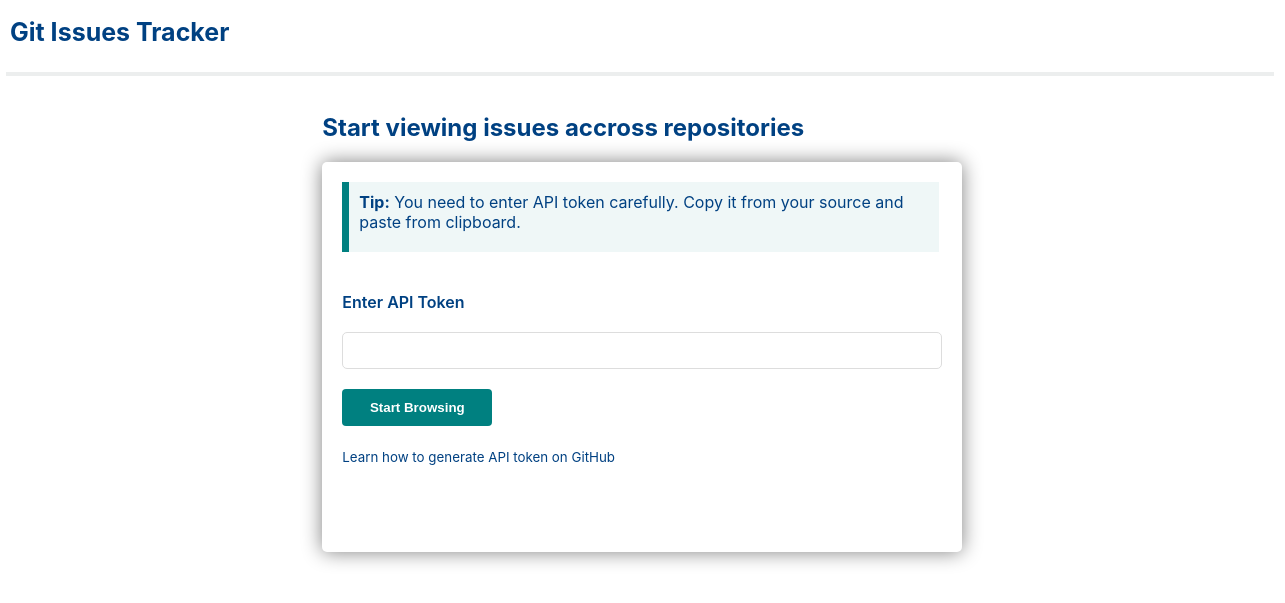
Repository: duzzisantos/github-repos-react-graphql
Page: /
These files come from the project's save history. The page is drawn as it stood at one moment and after the next save; the edit follows.
The browser window is 1280 px wide. The page is 1285 px wide, so the pictures cover 1285 px, including what lies to the right of the window. The pictures show the whole page.
The project was rebuilt for these pictures with package versions that can differ from the ones it lists, and the page was loaded fresh each time. Also part of the build but not shown: src/App.css, src/components/table/Filters.tsx, src/components/table/Pagination.tsx, src/components/table/TableComponent.tsx, src/components/table/columnHelpers.ts, src/utilities/funtions.ts, src/pages/Repositories.tsx, src/components/cards/Cards.tsx and 1 more.

Above is the page before, as saved 2024-06-17 18:16:55.

After the next save:
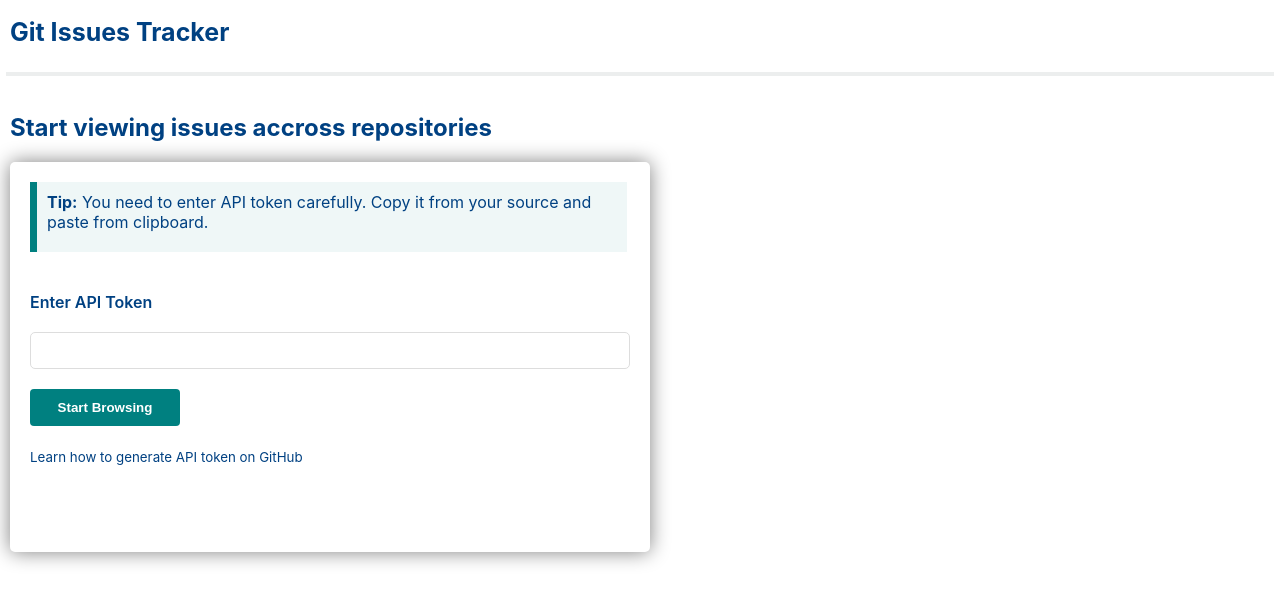
Saved 61 s later.
--- a/src/App.scss
+++ b/src/App.scss
@@ -23,6 +23,7 @@ $rounded-box: 5px;
   width: 98.8%;
   padding: $padding-10 $padding-10;
   display: flex;
+  flex-direction: $column;
   justify-content: center;
   bottom: 0;
   margin-left: auto;
